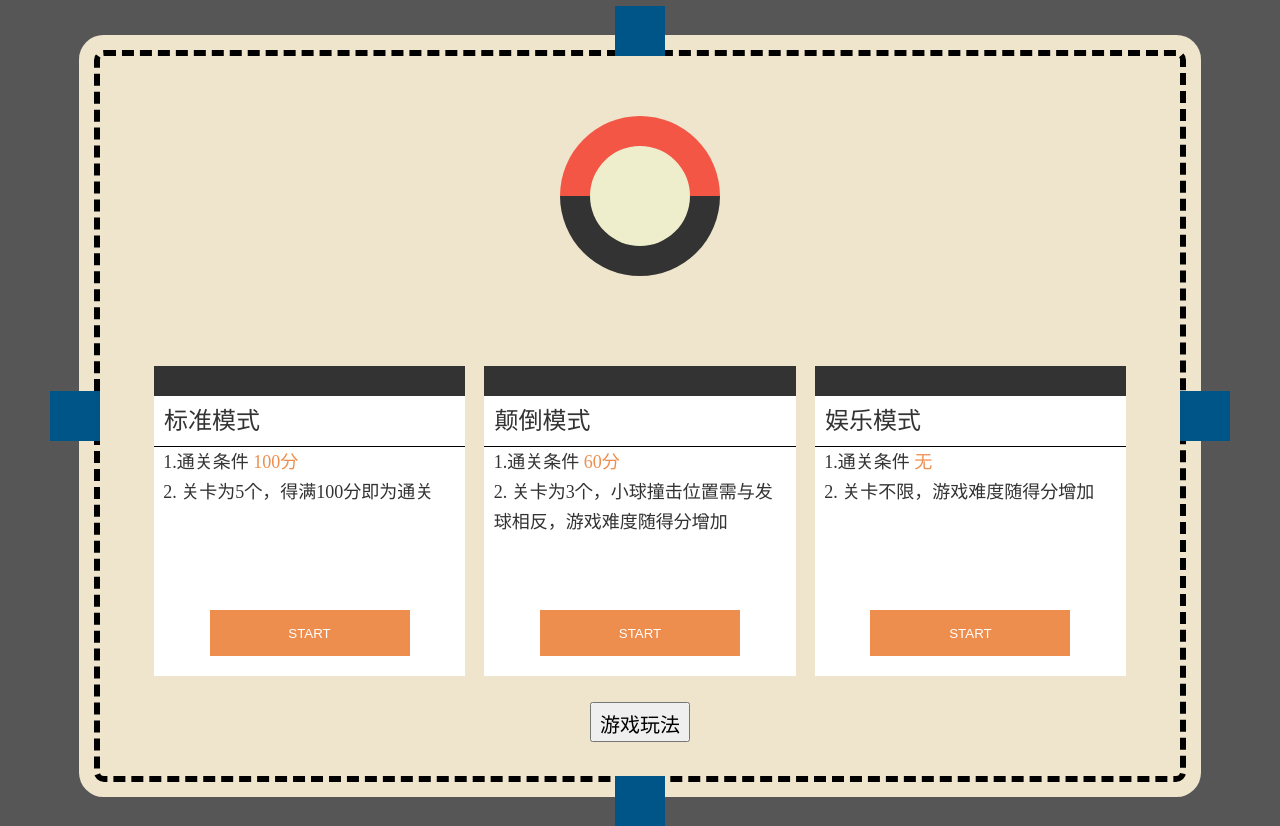
Repository: EEETA/ball-game
Page: theBall2/index.html
An editor plug-in stored every save of this project. The page is shown before and after the next save, followed by the edit.
The browser window is 1280 px wide. The pictures show the whole page.

Above is the page before, as saved 2018-08-03 16:44:41.

### theBall2/index.html
<!DOCTYPE html>
<html lang="en">
<head>
    <meta charset="UTF-8">
    <title>theBall</title>
	<link rel="stylesheet" href="style/index.css">
    <script src="js/jquery-1.8.3.min.js"></script>
	<script src="js/jquery.rotate.min.js"></script>
</head>
<body>
    <section class="box">
        <!-- 旋转div -->
        <section class="ball ballZhuan">
            <div class="redPart_box">
                <div class="redPart"></div>
            </div>
            <div class="blackPart_box">
                <div class="blackPart"></div>
            </div>
            <div class="middlePart"></div>
        </section>
        <div class="ball2"></div>

        <section class="idx_pattern">
            <!-- 主界面-游戏模式 -->
        </section>
        <section class="idx_intro">
            <!-- 主界面-游戏玩法 -->
        </section>

        <section class="game_mask">
        <!-- 游戏界面-娱乐模式遮罩提示层 -->
        </section>
        <div class="arrow">
            <!-- 升级效果 -->
        </div>
        <section class="game_shootBox">
            <!-- 游戏界面-小球发射台 -->
        </section>
        <section class="game_fraction">
            <!-- 游戏界面-分数血量显示 -->
        </section>
        <section class="game_hanlder">
            <!-- 游戏界面-结束模块 -->
        </section>
    </div>

    <script src="data/data.js"></script>
    <script>
        const patternLen = pattern.length;
        const idxPattern = document.querySelector('.idx_pattern');
        const idxIntro = document.querySelector('.idx_intro');
        const gameShootBox = document.querySelector('.game_shootBox');
        const gameFraction = document.querySelector('.game_fraction');
        const gameHanlder = document.querySelector('.game_hanlder');
        const gameMask = document.querySelector('.game_mask');
        var my=[];
        /*主界面-游戏模式*/
        for(var i=0;i<patternLen;i++){
            let idxPatternMain=`<div class="playWrap">
                                    <div class="playTit"> ${pattern[i].patternName} </div>
                                    <div class="playIntroduce">
                                        <div class="playIntroduceTxt">1.通关条件 <span style="color:#EE8E4E"> ${pattern[i].explain.condition} </span></div>
                                        <div class="playIntroduceTxt">2. ${pattern[i].explain.produce} </div>
                                    </div>
                                    <button class="start">START</button>
                                </div>`
            idxPattern.innerHTML+=idxPatternMain;
        }
        /*主界面-游戏玩法*/
        let produceTxt=`<div class="introTxt">
                            <div>
                                1.按空格键/AD可旋转 <img src="img/img1.png" alt="" class="sizeOne">
                            </div>
                            <div>
                                2.当<img src="img/img2.png" alt="" class="sizeOne">掉落时,根据模式将 <img src="img/img1.png" alt="" class="sizeOne"> 旋转到对应的颜色即可得1分,反之<span style="color:red">HP-1</span>
                            </div>
                            <div>
                                3.进入游戏后，每个玩家血量为5,右上角为分数面板 <img src="img/img3.png" alt="" class="sizeTwo"> 左侧为当前分数,右侧为当前关卡上限,分数达到上限即可进入下一关
                            </div>
                        </div>
                        <button class="introTxtBtn">游戏玩法</button>`
        idxIntro.innerHTML=produceTxt;



        /*游戏界面-小球发射台*/
        let gameShootBoxMain=`  <div class="launcher launT">

                                </div>
                                <div class="launcher launB">

                                </div>
                                <div class="launcher launL">

                                </div>
                                <div class="launcher launR">

                                </div>`
        gameShootBox.innerHTML+=gameShootBoxMain;

        /*游戏界面-小球发射台*/
        // let gameShootBoxMain=`<div class="top div_middle">
        //                             <div class="div_middle"></div>
        //                         </div>
        //                         <div class="bottom div_middle">
        //                             <div class="div_middle"></div>
        //                         </div>
        //                         <div class="left div_middle">
        //                             <div class="div_middle"></div>
        //                         </div>
        //                         <div class="right div_middle">
        //                             <div class="div_middle"></div>
        //                         </div>`
        // gameShootBox.innerHTML+=gameShootBoxMain;


        /*游戏界面-分数血量显示*/
        let gameFractionMain=`<div class="life">HP:
                                    <div class="hp_div">
                                        <div class="hp_div_main"></div>
                                    </div>
                                </div>
                                <div class="fraction">
                                    <span class="fraction_left"></span>
                                    /
                                    <span class="fraction_right"></span>
                                </div>`
        gameFraction.innerHTML=gameFractionMain;
        /*游戏界面-结束模块*/
        let gameHanlderMain=`<div class="interface">
                                <div class="over">Game Over</div>
                                <div class="success">成功通关</div>
                            </div>
                            <div class="button_box">
                                <button class="button_left">再玩一次</button>
                                <button class="button_right">返回大厅</button>
                            </div>`
        gameHanlder.innerHTML=gameHanlderMain;
        /*游戏界面-娱乐模式遮罩提示层*/
        let gameMaskMain=`<div class="Mask_span">
                                <span>按A键向左转</span>
                                <span>按D键向右转</span>
                            </div>
                            <span class="Mask_p">- 按空格键继续 -</span>`
        gameMask.innerHTML=gameMaskMain;
    </script>
    <script src="js/index.js"></script>
    <script src="js/animation.js"></script>
</body>
</html>

### theBall2/style/index.css
@charset "UTF-8";
html{background: #565656;}
body{-webkit-user-select:none;-moz-user-select:none;-ms-user-select:none; user-select:none;}
input{border: none;outline: none;-webkit-tap-highlight-color: #000000;-webkit-tap-highlight-color: rgba(0, 0, 0, 0);}
button{outline: none;}

.box{
    position: relative;
    margin: 50px auto 0;
    /* overflow: hidden; */
    width: 1080px;
    height: 720px;
    background: #eee5cc;
    border: 6px dashed #000;
    box-shadow: 0 0 0 15px #eee5cc;
    border-radius: 10px;
}
/*两种小球制作*/
.ball{
    position: relative;
    width: 160px;
    height: 160px;
    margin:60px auto 0;
    /* transform:rotate(0deg);
    -ms-transform:rotate(0deg);
    -moz-transform:rotate(0deg);
    -webkit-transform:rotate(0deg);
    -o-transform:rotate(0deg); */
    opacity:1
}
.redPart_box,.blackPart_box{
    height: 50%;
    overflow:hidden;
}
.redPart,.blackPart{
    position: relative;
    height: 160px;
    width: 160px;
    border-radius:50%
}
.redPart{background: #f45646;}
.blackPart{background: #333;top:-100%}
/* .redPart{background: #ff9b9b;}
.blackPart{background: #2aa1a7;top:-100%} */
.middlePart{
    position: absolute;
    left: 30px;
    top: 30px;
    width: 100px;
    height:100px;
    border-radius: 50%;
    background:#eec;
}
/* .ballZhuan{
    animation-name:rotate;
    animation-iteration-count: infinite;
    animation-duration: 4s;
    animation-timing-function: linear;
}
@keyframes rotate{
    0%{
        transform:rotate(0deg)
    }
    100%{
         transform:rotate(360deg)
    }
} */


.ball2{
    width: 0;
    height: 0;
    border-top:20px solid #f45646;
    border-bottom: 20px solid #333;
    border-left:20px solid #efa97a;
    border-right:20px solid #6dd3ce;
    border-width: 86px;
    position: absolute;
    top: calc(50% - 90px);
    left: calc(50% - 85px);
    opacity: 0;
    /* z-index: 10;
    transform:rotate(0deg); */
    border-radius: 50%;
}

/*小球发射*/
.launcher{
    position: absolute;
    margin: 0 auto;
    width: 50px;
    height: 50px;
    background: #058;
}
.launT{left: 0;right: 0;top: -50px;}
.launB{left: 0;right: 0;bottom: -50px;}
.launL{top: 50%;margin-top: -25px;left: -50px}
.launR{top: 50%;margin-top: -25px;right: -50px}
.launchBall{
    position: absolute;
    width: 100%;
    height:100%;
    background:#f45646;
    border-radius: 50%;
}


/*成功击中扩散动画*/
.ball_middle{
    height: 75px;
    width:75px;
    border-radius: 50%;
    background: #333;
    opacity:0.5;
    position: absolute;
    top: calc(50% - 37px);
    left:calc(50% - 37px);
}

.game_fraction{
    width: 100%;
    height: 80px;
    top:50px;
    position: absolute;
    display: none;
}
.life{width: 60%;height: 100%;display: inline-block;line-height: 80px;text-indent: 10px;color:#f00;}
.fraction{width: 30%;height: 100%;text-align: center;line-height: 80px;float: right;margin-right: 10px;font-size: 30px;}
.fraction span{color:#333;}
.firworks{width: 4px;height: 4px;position: absolute;border-radius: 50%}
.over,.success{position: absolute;top:43%;font-size: 60px;opacity:0;z-index: 30;width: 100%;text-align: center;}
.arrow{height: 300px;width: 500px;position: absolute;top: calc(50% - 150px);left: calc(50% - 250px);}
.arrow span{font-size: 30px;color: #333;position: absolute;left: calc(50% - 145px);top: 150px;opacity: 0;height: 100px;width: 300px;text-align: center;}
 .img{height:80px;width: 30px;position: absolute;}



.button_box{
    position: absolute;
    left:0;
    right:0;
    bottom:45px;
    margin:0 auto;
    width: 380px;
    display: none;
    opacity: 0;
}
.button_left,.button_right{
    height: 46px;
    width: 150px;
    background:#333;
    border-radius:3px;
    font-size: 24px;
    color:#fff;
    cursor:pointer;
    border:none;
}
.button_left:hover,.button_right:hover{background: #f45646;}
.button_left{float:left;}
.button_right{float:right;}


/************************************游戏玩法***********************************/
.introTxtBtn{
    position: absolute;
    bottom: 34px;
    font-size: 20px;
    cursor:pointer;
    z-index: 1000;
    left: calc(50% - 50px);
    height: 40px;
    width: 100px;
    text-align: center;
    line-height: 40px
}
.introTxtBtn:hover{
    background: #333;
    color: #fff;
}
.introTxt{
    width: 500px;
    height: 530px;
    left: calc(50% - 250px);
    top: calc(50% - 300px);
    line-height: 40px;
    background: #fff;
    border-radius: 5px;
    display: none;
    z-index: 1001;
    position: absolute;
}
.sizeOne,.sizeTwo{
    position:relative;
    top: 10px;
}
.sizeOne{width: 40px;}
.sizeTwo{width: 80px;}
.introTxt div{margin:30px auto;width: 90%;font-size: 24px}
.introTxt p{display: inline-block;}



.hp_div{display: inline-block;width: 180px;height: 40px;border:1px solid red;vertical-align:middle;border-radius: 4px;}
.hp_div_main{height: 100%;width: 100%;background: red;border-radius: 3px;}


.game_mask{
    display: none;
    position: absolute;
    width: 100%;
    height: 100%;
    top: 0;
    left: 0;
    background: rgba(51,51,51,.5);
    font-size: 30px;
    color: #fff;
    z-index: 1;
}
.Mask_span{
    position: absolute;
    top:calc(50% - 100px);
    opacity: 1;
    width: 100%;
    text-align: center;
    line-height: 100px;
}
.Mask_span span{
    display: block;
}
.Mask_p {
    position: absolute;
    bottom: 150px;
    width: 100%;
    text-align: center;
    font-size:40px;
    color: #000;
    animation-name:opacity;
    animation-iteration-count: infinite;
    animation-duration: 1.8s;
}
@keyframes opacity{
    0%{
        opacity:0
    }
    50%{
        opacity: 1
    }
    100%{
        opacity:0
    }
}


/*playFour*/
.idx_pattern{
    overflow:auto;
    position: relative;
    margin: 0 auto;
    width: 90%;
    margin-top: 90px;
}
.playWrap{
    overflow: hidden;
    position: relative;
    float:left;
    width: 32%;
    height: 280px;
    background:#fff;
    color:#333;
    border-top: 30px solid;
}
.playWrap:nth-child(2){margin: 0 2%;}
.playWrap:hover{
    background: rgba(255,255,255,.7)
}
.playTit{
    /* width: 100%; */
    border-bottom: 1px solid #000;
    font-size: 24px;
    line-height: 50px;
    text-indent: 10px;
}
.playIntroduce{
    font-size: 18px;
    text-align: left;
    line-height: 30px;
    margin: 0 auto;
    width: 94%;
}
.start{
    position:absolute;
    bottom:0;
    left:0;
    right:0;
    width: 200px;
    height: 46px;
    background: #EE8E4E;
    color: #fff;
    outline: none;
    margin: 0 auto 20px;
    cursor: pointer;
    border: none;
}
.start:hover{background: rgba(51,51,51,1)}

### theBall2/data/data.js

/*
patternName：模式名称
explain：游戏说明
condition：过关条件
produce：关卡介绍
tip：其他
*/
var pattern=[
    {
        patternName:'标准模式',
        explain:{
            condition:'100分',
            produce:'关卡为5个，得满100分即为通关',
            tip:''
        }
    },
    {
        patternName:'颠倒模式',
        explain:{
            condition:'60分',
            produce:'关卡为3个，小球撞击位置需与发球相反，游戏难度随得分增加',
            tip:''
        }
    },
    {
        patternName:'娱乐模式',
        explain:{
            condition:'无',
            produce:'关卡不限，游戏难度随得分增加',
            tip:''
        }
    }
]
var gameInit=[
    {
        hp:1,
        hp_box:10,
        fraction:0,
        toplimit:10,

    }
]
// var gameHanlder={
//     gameOver="Game Over",
//     gameSuccess="游戏通关",
// }

### theBall2/js/animation.js


// 抖动效果
jQuery.fn.shake = function (intShakes /*Amount of shakes*/, intDistance /*Shake distance*/, intDuration /*Time duration*/) {
    this.each(function () {
        var jqNode = $(this);
        jqNode.css({ position: 'relative' });
        for (var x = 1; x <= intShakes; x++) {
            jqNode.animate({ left: (intDistance * -1) }, (((intDuration / intShakes) / 4)))
            .animate({ left: intDistance }, ((intDuration / intShakes) / 2))
            .animate({ left: 0 }, (((intDuration / intShakes) / 4)));
        }
    });
    return this;
}

/*撞击成功*/
success=function(r,borderSpacing){
    switch_1=1;
    $('<div class="ball_middle" style="background-color:'+$(r).css('background-color')+';display:block"></div>').appendTo(box);
    $('.ball_middle').animate({ borderSpacing:borderSpacing },{
            step:function(now){
                $(this).css('transform','scale('+now+','+now+')')
            },
            duration:200
        }
    );
    $('.ball_middle').animate({opacity:'0'},200,function(){
        this.remove();
    });
    $(r).remove();

    fractionNow++;
    $('.fraction_left').html(fractionNow);
}

fail=function(r){   //撞击失败
    switch_1=1;
    for(var i=0;i<20;i++){
        var firworks=$('<div class="firworks"></div>');
        var b=new boom(firworks,$(r).offset().left,$(r).offset().top,$(r).css('background-color'));
        b.move();
    }
    $(r).remove();
	hp--;
    fail_hp=hp*100/hp_box;
    $('.hp_div_main').animate({width:fail_hp+"%"},500);
}

boom=function(div,x,y,color){  //爆炸效果
        $('body').append(div);
        $(div).css({
            left:x+'px',
            top:y+'px',
            background:color
        });
        var speedX = (parseInt(Math.random()*2) == 0 ? 1 : -1)*parseInt(Math.random()*16 + 1);  //三目运算符随机移动方向，概率50%,为1时往正方向移动，负1时往反方向移动第二个随机数随机速度快慢
        var speedY = (parseInt(Math.random()*2) == 0 ? 1 : -1)*parseInt(Math.random()*20 + 1);

        this.move=function(){
            var i = 3;
            var time=setInterval(function(){
            i++;
            $(div).css({
                left:div[0].offsetLeft+speedX+'px',
                top:div[0].offsetTop+speedY+i+'px',
            })
            if(div[0].offsetLeft+div[0].offsetWidth>window.innerWidth|| div[0].offsetLeft<2 || div[0].offsetTop+div[0].offsetHeight>window.innerHeight || div[0].offsetTop<2 ){
                    div.remove();       //移动出可视区域记得删除div和清除定时器
                    clearInterval(time);
                }
            },1000/30)
        }
}

callarrow=function(arrow_html){  //初始化提升动画
    for(var i=0;i<10;i++){
        var a=new addarrow(i);
        a.move();
    }
    $('.arrow').append('<span>'+arrow_html+'</span>');
    $('.arrow span').animate({top:'0',opacity:1},600,function(){$(this).animate({opacity:0},800,function(){this.remove()})});

}

 addarrow=function(i){  //难度提升动画
        var leftnum=parseInt(Math.random()*500);
        var topnum=parseInt(Math.random()*400);
        var arrow=$(' <img src="img/Arrow.png" class="img">');
        var now=(Math.random()*1.1+0.75).toFixed(2);

        $('.arrow').append(arrow);
        $('.img')[i].style.cssText="top:"+topnum+"px;left:"+leftnum+"px;transform:scale("+now+","+now+")";

        this.move=function(i){
            $('.img').animate({top:'-100',opacity:'0'},700,function(){
                this.remove();
            });
        }
}
endarrow=function(innertHTML,time){
    $('.arrow').append('<span>'+innertHTML+'</span>');
    setTimeout(function(){$('.arrow span').animate({top:'0',opacity:1},1000,function(){$(this).animate({opacity:0},1500,function(){this.remove()})})},time);
}

rotate_transition=function(ball,ball2){
    $(ball).rotate({
            animateTo: 180,
            duration:300,
        }
    );
    $(ball).animate({opacity:'0'},600);
    $(ball2).animate({opacity:'1'},600);
    $(ball2).rotate({
            animateTo:-360,
            duration:600
    });
}

movejudge=function(r,rou,red,qing,black,num,patternNow){
    numbox=numList;
    if(numList>0){
        numbox=negative;
    }
    if($(r).css('background-color')=='rgb(239, 169, 122)' && numbox%360==rou){  //肉
        success(r,num);
    }else if($(r).css('background-color')=='rgb(244, 86, 70)' && numbox%360==red){  //红
        success(r,num);
    }else if($(r).css('background-color')=='rgb(109, 211, 206)' && numbox%360==qing){  //青
        success(r,num);
    }else if($(r).css('background-color')=='rgb(51, 51, 51)' && numbox%360==black){  //黑
        success(r,num);
    }else{fail(r)};

    appendball(patternNow);
    $(r).stop();
}

// Mask=function(){
//     $('.game_mask').fadeIn(300);
//     $('.Mask_p').fadeIn(800);
//     $('.Mask_span').fadeIn(800);
//     // $('.Mask_p').addClass('play');
// }


box_animation=function(height,width,speed){
    speed = speed||1000;
    $('.box').animate(
        {
            width:width+'px',
            height:height+'px',
        },
        {
            duration:speed,
        }
  	);
}

Loaded but not shown: theBall2/js/jquery-1.8.3.min.js (library); theBall2/js/jquery.rotate.min.js (library); theBall2/js/index.js (326 lines, source omitted)

After the next save:
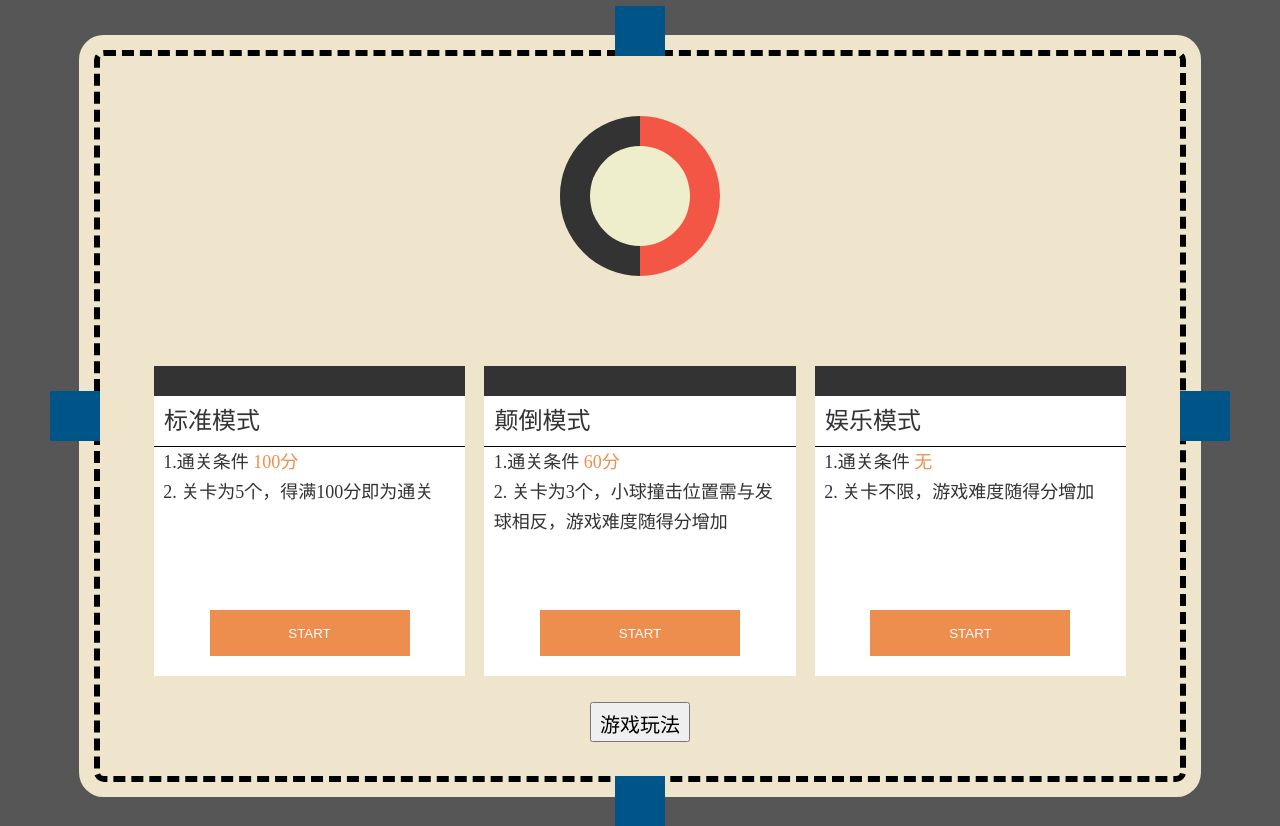
Saved 16 s later.
--- a/theBall2/style/index.css
+++ b/theBall2/style/index.css
@@ -51,7 +51,7 @@ button{outline: none;}
     border-radius: 50%;
     background:#eec;
 }
-/* .ballZhuan{
+.ballZhuan{
     animation-name:rotate;
     animation-iteration-count: infinite;
     animation-duration: 4s;
@@ -64,7 +64,7 @@ button{outline: none;}
     100%{
          transform:rotate(360deg)
     }
-} */
+}
 
 
 .ball2{
